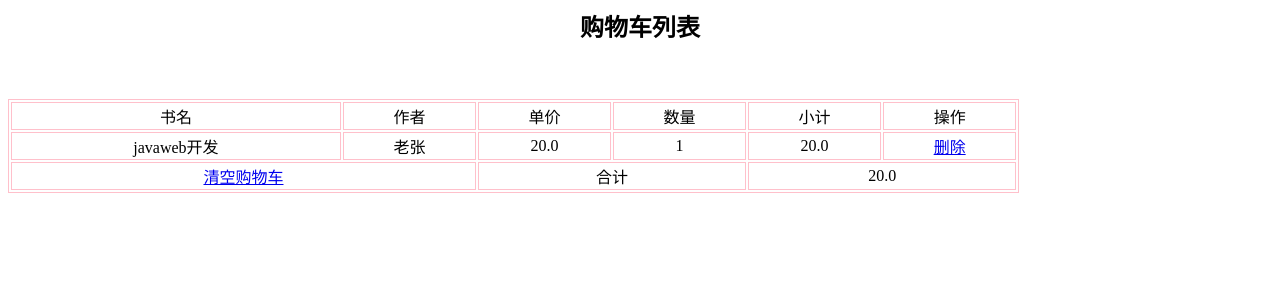
Repository: wsws1996/myproject
Page: http://localhost/day10/servlet/BuyServlet?bookid=1
An editor plug-in stored every save of this project. The page is shown before and after the next save, followed by the edit.
The browser window is 1280 px wide. The pictures show the whole page.
The page is served by Tomcat 9. Other server files are loaded and not shown.

Above is the page before, as saved 2015-11-23 14:48:45.

### java/workspace/day10/WebRoot/WEB-INF/jsp/listcart.jsp
<%@ page language="java" import="java.util.*" pageEncoding="UTF-8"%>
<%@taglib uri="http://java.sun.com/jsp/jstl/core" prefix="c"%>

<!DOCTYPE HTML PUBLIC "-//W3C//DTD HTML 4.01 Transitional//EN">
<html>
<head>

<title>My JSP 'listcart.jsp' starting page</title>

</head>

<body style="text-align: center;">
	<h2>购物车列表</h2>
	<br>
	<br>
	<table border="1" bordercolor="pink" style="text-align: center;"
		width="80%">
		<tr>
			<td>书名</td>
			<td>作者</td>
			<td>单价</td>
			<td>数量</td>
			<td>小计</td>
			<td>操作</td>
		</tr>
		<c:forEach var="me" items="${cart.map }">
			<tr>
				<td>${me.value.book.name }</td>
				<td>${me.value.book.author }</td>
				<td>${me.value.book.price }</td>
				<td>${me.value.quantity }</td>
				<td>${me.value.price }</td>
				<td><a
					href="${pageContext.request.contextPath}/servlet/DeleteServlet?bookid=${me.value.book.id }">删除</a></td>
			</tr>
		</c:forEach>
		<tr>
			<td colspan="2"><a href="#">清空购物车</a></td>
			<td colspan="2">合计</td>
			<td colspan="2">${cart.price}</td>
		</tr>
	</table>
</body>
</html>

### java/workspace/day10/src/cn/wang/web/controller/BuyServlet.java
package cn.wang.web.controller;

import java.io.IOException;

import javax.servlet.ServletException;
import javax.servlet.http.HttpServlet;
import javax.servlet.http.HttpServletRequest;
import javax.servlet.http.HttpServletResponse;

import cn.wang.domain.Cart;
import cn.wang.service.BusinessService;

public class BuyServlet extends HttpServlet {

	/**
	 * Destruction of the servlet. <br>
	 */
	public void destroy() {
		super.destroy(); // Just puts "destroy" string in log
		// Put your code here
	}

	public void doGet(HttpServletRequest request, HttpServletResponse response)
			throws ServletException, IOException {
		String bookid = request.getParameter("bookid");
		Cart cart = (Cart) request.getSession().getAttribute("cart");
		if (cart == null) {
			cart = new Cart();
			request.getSession().setAttribute("cart", cart);
		}

		BusinessService service =new BusinessService();
		service.buybook(bookid,cart);

		request.getRequestDispatcher("/WEB-INF/jsp/listcart.jsp").forward(request, response);
	}

	public void doPost(HttpServletRequest request, HttpServletResponse response)
			throws ServletException, IOException {

		doGet(request, response);
	}

	/**
	 * Initialization of the servlet. <br>
	 *
	 * @throws ServletException
	 *             if an error occurs
	 */
	public void init() throws ServletException {
		// Put your code here
	}

}

### java/workspace/day10/src/cn/wang/domain/Cart.java
package cn.wang.domain;

import java.util.LinkedHashMap;
import java.util.Map;

public class Cart {
	private Map<String, CartItem> map = new LinkedHashMap();
	private double price;

	public void add(Book book) {

		CartItem item = map.get(book.getId());
		if (item != null) {
			item.setQuantity(item.getQuantity() + 1);
		} else {
			item = new CartItem();
			item.setBook(book);
			item.setQuantity(1);
			map.put(book.getId(), item);
		}
	}

	public Map<String, CartItem> getMap() {
		return map;
	}

	public void setMap(Map<String, CartItem> map) {
		this.map = map;
	}

	public double getPrice() {
		double totalprice = 0;
		for (Map.Entry<String, CartItem> me : map.entrySet()) {
			CartItem item = me.getValue();
			totalprice += item.getPrice();
		}
		return totalprice;
	}

	public void setPrice(double price) {
		this.price = price;
	}

}

### java/workspace/day10/src/cn/wang/service/BusinessService.java
package cn.wang.service;

import java.util.Map;

import javax.security.auth.message.callback.PrivateKeyCallback.Request;

import cn.wang.dao.BookDao;
import cn.wang.domain.Book;
import cn.wang.domain.Cart;
import cn.wang.exception.CartNotFoundException;

public class BusinessService {
	BookDao dao = new BookDao();

	public Map getAllBook() {
		return dao.getAll();
	}

	public void buybook(String bookid, Cart cart) {
		// TODO Auto-generated method stub
		Book book = dao.find(bookid);
		cart.add(book);
	}

	public void deleteBook(String bookid, Cart cart) throws CartNotFoundException{
		// TODO Auto-generated method stub
		if (cart == null) {
			throw new CartNotFoundException("购物车为空！！！");
		}
		cart.getMap().remove(bookid);
	}

}

### java/workspace/day10/src/cn/wang/dao/BookDao.java
package cn.wang.dao;

import java.util.Map;

import cn.wang.db.MyDb;
import cn.wang.domain.Book;

public class BookDao {
	public Map getAll() {
		return MyDb.getAll();
	}

	public Book find(String id) {
		return (Book) MyDb.getAll().get(id);
	}
}

### java/workspace/day10/src/cn/wang/db/MyDb.java
package cn.wang.db;

import java.util.LinkedHashMap;
import java.util.Map;

import cn.wang.domain.Book;

public class MyDb {
	private static Map<String, Book> map = new LinkedHashMap();
	static {
		map.put("1", new Book("1", "javaweb开发", "老张", 20, "一本经典的书"));
		map.put("2", new Book("2", "jdbc开发", "李勇", 30, "一本jdbc的书"));
		map.put("3", new Book("3", "spring开发", "老黎", 50, "一本相当经典的书"));
		map.put("4", new Book("4", "hibernate开发", "老佟", 56, "一本很经典的书"));
		map.put("5", new Book("5", "struts开发", "老毕", 40, "一本经典的书"));
		map.put("6", new Book("6", "ajax开发", "老张", 50, "一本老张的书"));
	}
	public static Map getAll() {
		return map;

	}
}

### java/workspace/day10/src/cn/wang/domain/Book.java
package cn.wang.domain;

public class Book {

	public Book() {
		super();
		// TODO Auto-generated constructor stub
	}

	public Book(String id, String name, String author, double price,
			String description) {
		super();
		this.id = id;
		this.name = name;
		this.author = author;
		this.price = price;
		this.description = description;
	}

	private String id;
	private String name;
	private String author;
	private double price;
	private String description;

	public String getId() {
		return id;
	}

	public void setId(String id) {
		this.id = id;
	}

	public String getName() {
		return name;
	}

	public void setName(String name) {
		this.name = name;
	}

	public String getAuthor() {
		return author;
	}

	public void setAuthor(String author) {
		this.author = author;
	}

	public double getPrice() {
		return price;
	}

	public void setPrice(double price) {
		this.price = price;
	}

	public String getDescription() {
		return description;
	}

	public void setDescription(String description) {
		this.description = description;
	}
}

### java/workspace/day10/src/cn/wang/domain/CartItem.java
package cn.wang.domain;

public class CartItem {
	private Book book;
	private int quantity;
	private double price;

	public Book getBook() {
		return book;
	}

	public void setBook(Book book) {
		this.book = book;
	}

	public int getQuantity() {
		return quantity;
	}

	public void setQuantity(int quantity) {
		this.quantity = quantity;
	}

	public double getPrice() {
		return book.getPrice() * this.quantity;
	}

	public void setPrice(double price) {
		this.price = price;
	}

}

After the next save:
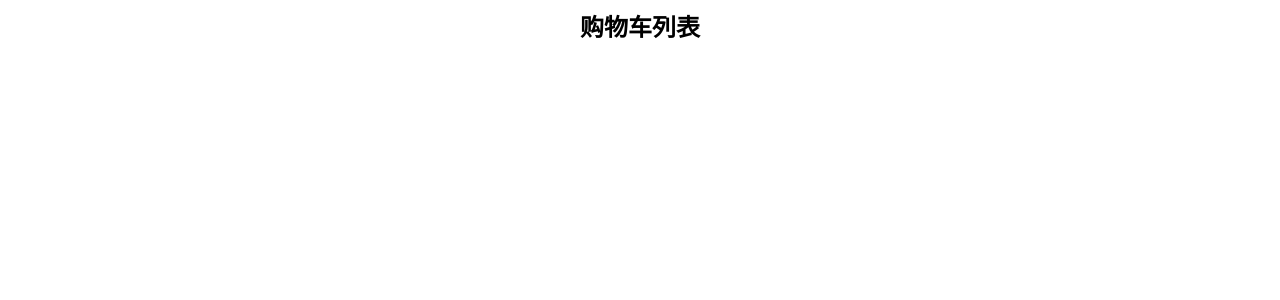
Saved 3 min 25 s later.
--- a/java/workspace/day10/WebRoot/WEB-INF/jsp/listcart.jsp
+++ b/java/workspace/day10/WebRoot/WEB-INF/jsp/listcart.jsp
@@ -13,32 +13,34 @@
 	<h2>购物车列表</h2>
 	<br>
 	<br>
-	<table border="1" bordercolor="pink" style="text-align: center;"
-		width="80%">
-		<tr>
-			<td>书名</td>
-			<td>作者</td>
-			<td>单价</td>
-			<td>数量</td>
-			<td>小计</td>
-			<td>操作</td>
-		</tr>
-		<c:forEach var="me" items="${cart.map }">
+	<c:if test="">
+		<table border="1" bordercolor="pink" style="text-align: center;"
+			width="80%">
 			<tr>
-				<td>${me.value.book.name }</td>
-				<td>${me.value.book.author }</td>
-				<td>${me.value.book.price }</td>
-				<td>${me.value.quantity }</td>
-				<td>${me.value.price }</td>
-				<td><a
-					href="${pageContext.request.contextPath}/servlet/DeleteServlet?bookid=${me.value.book.id }">删除</a></td>
+				<td>书名</td>
+				<td>作者</td>
+				<td>单价</td>
+				<td>数量</td>
+				<td>小计</td>
+				<td>操作</td>
 			</tr>
-		</c:forEach>
-		<tr>
-			<td colspan="2"><a href="#">清空购物车</a></td>
-			<td colspan="2">合计</td>
-			<td colspan="2">${cart.price}</td>
-		</tr>
-	</table>
+			<c:forEach var="me" items="${cart.map }">
+				<tr>
+					<td>${me.value.book.name }</td>
+					<td>${me.value.book.author }</td>
+					<td>${me.value.book.price }</td>
+					<td>${me.value.quantity }</td>
+					<td>${me.value.price }</td>
+					<td><a
+						href="${pageContext.request.contextPath}/servlet/DeleteServlet?bookid=${me.value.book.id }">删除</a></td>
+				</tr>
+			</c:forEach>
+			<tr>
+				<td colspan="2"><a href="#">清空购物车</a></td>
+				<td colspan="2">合计</td>
+				<td colspan="2">${cart.price}</td>
+			</tr>
+		</table>
+	</c:if>
 </body>
 </html>

After the save that followed:
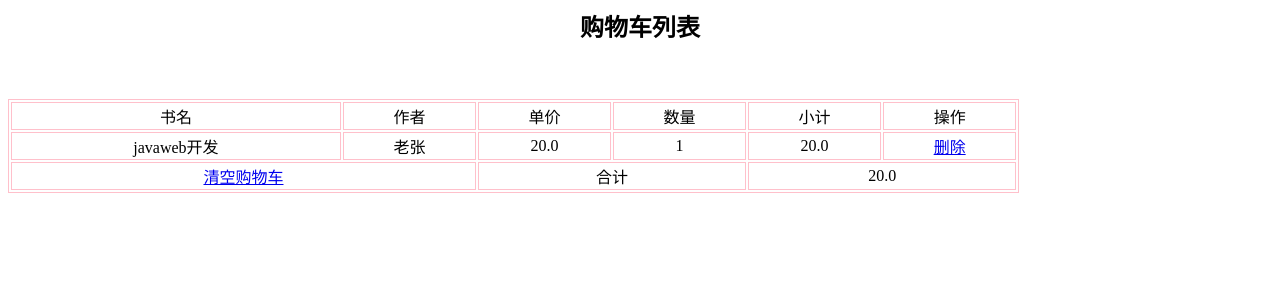
Saved 34 s later.
--- a/java/workspace/day10/WebRoot/WEB-INF/jsp/listcart.jsp
+++ b/java/workspace/day10/WebRoot/WEB-INF/jsp/listcart.jsp
@@ -13,7 +13,7 @@
 	<h2>购物车列表</h2>
 	<br>
 	<br>
-	<c:if test="">
+	<c:if test="${!empty(cart.map) }">
 		<table border="1" bordercolor="pink" style="text-align: center;"
 			width="80%">
 			<tr>
